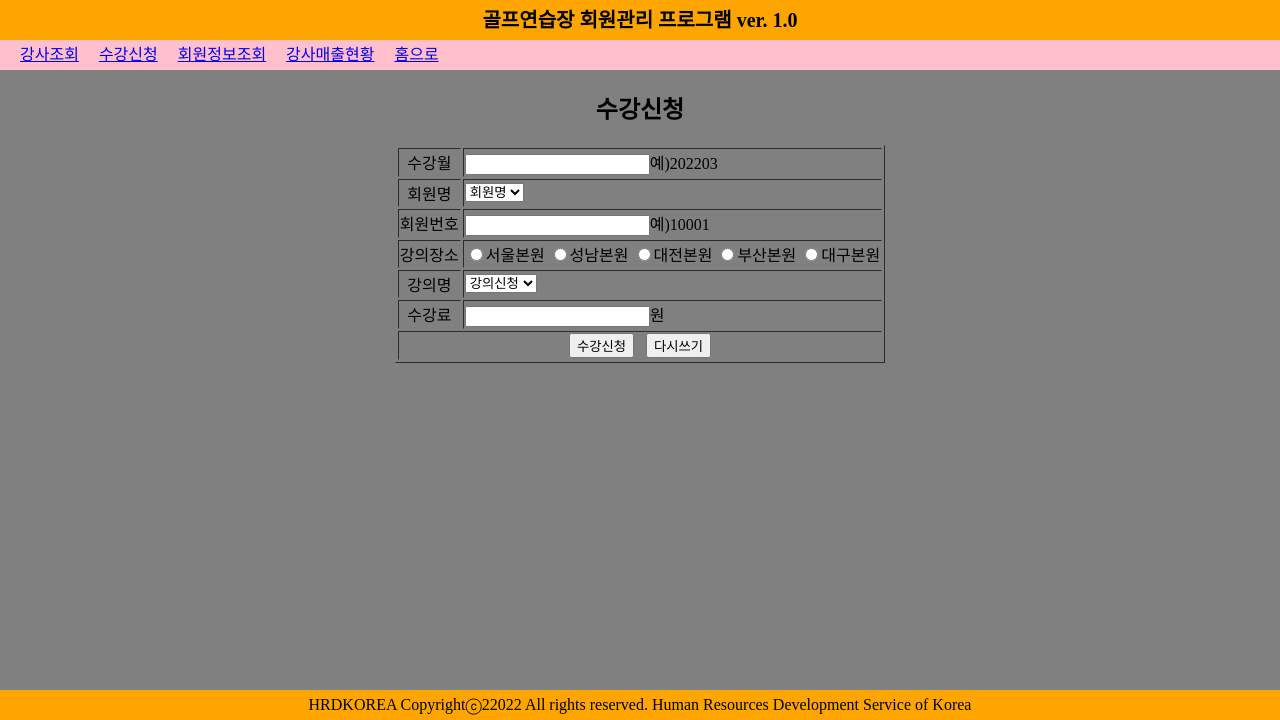
Repository: leesuyeon116/HRD_3
Page: http://localhost/HRD_0505/insert.jsp
These files come from the project's save history. The page is drawn as it stood at one moment and after the next save; the edit follows.
The browser window is 1280 px wide. The pictures show the whole page.
The page is served by Tomcat 9.

Above is the page before, as saved 2024-05-05 15:51:34.
Console error: SyntaxError: Unexpected end of input

### workspace/HRD_0505/src/main/webapp/insert.jsp
<%@ page language="java" contentType="text/html; charset=UTF-8"
    pageEncoding="UTF-8"%>
<!DOCTYPE html>
<html>
<head>
<meta charset="UTF-8">
<title>insert</title>
</head>
<body>
<script type="text/javascript" src="check.js"></script>
<jsp:include page="header.jsp"></jsp:include>
<section style="position: fixed; top: 70px; left: 0px; width: 100%; height: 100%; background-color: gray">
<h2 style="text-align: center">수강신청</h2>
	<form style="display: flex; align-items: center; justify-content: center">
		<table border="1">
			<tr>
				<td style="text-align: center">수강월</td>
				<td><input type="text" name="regist_month">예)202203</td>
			</tr>

			<tr>
				<td style="text-align: center">회원명</td>
					<td>
						<select name="c_name">
							<option value="">회원명</option>
							<option value="1">홍길동</option>
							<option value="2">장발장</option>
							<option value="3">임꺽정</option>
							<option value="4">성춘향</option>
							<option value="5">이몽룡</option>
						</select>
					</td>
			</tr>

			<tr>
				<td style="text-align: center">회원번호</td>
				<td><input type="text" name="c_no">예)10001</td>
			</tr>

			<tr>
				<td style="text-align: center">강의장소</td>
					<td>
						<input type="radio" name="class_area" value="1">서울본원
						<input type="radio" name="class_area" value="2">성남본원
					 	<input type="radio" name="class_area" value="3">대전본원
						<input type="radio" name="class_area" value="4">부산본원
						<input type="radio" name="class_area" value="5">대구본원
					</td>
			</tr>

			<tr>
				<td style="text-align: center">강의명</td>
					<td>
						<select name="class_name">
							<option value="">강의신청</option>
							<option value="1">초급반</option>
							<option value="2">중급반</option>
							<option value="3">고급반</option>
							<option value="4">심화반</option>
						</select>
					</td>
			</tr>

			<tr>
				<td style="text-align: center">수강료</td>
				<td><input type="text" name="class_price">원</td>
			</tr>

			<tr>
				<td colspan="2" style="text-align: center">
					<input type="button" value="수강신청" onclick="insert()"> &nbsp;
					<input type="button" value="다시쓰기" onclick="res()">
				</td>
			</tr>
		</table>
	</form>

</section>

<jsp:include page="footer.jsp"></jsp:include>
</body>
</html>

### workspace/HRD_0505/src/main/webapp/header.jsp
<%@ page language="java" contentType="text/html; charset=UTF-8"
    pageEncoding="UTF-8"%>
<!DOCTYPE html>
<html>
<head>
<meta charset="UTF-8">
<title>header</title>
</head>
<body>
<header style="position: fixed; top: 0px; left: 0px; width: 100%; height: 40px; line-height: 40px; background-color: orange;
	text-align: center; font-size: 20px">
<b>골프연습장 회원관리 프로그램 ver. 1.0</b>
</header>

<nav style="position: fixed; top: 40px; left: 0px; width: 100%; height: 30px; line-height: 30px; background-color: pink;
	padding-left: 20px">
	<a href="tlist.jsp">강사조회</a> &nbsp; &nbsp;
	<a href="insert.jsp">수강신청</a> &nbsp; &nbsp;
	<a href="mlist.jsp">회원정보조회</a> &nbsp; &nbsp;
	<a href="salary.jsp">강사매출현황</a> &nbsp; &nbsp;
	<a href="index.jsp">홈으로</a> &nbsp; &nbsp;
</nav>
</body>
</html>

### workspace/HRD_0505/src/main/webapp/footer.jsp
<%@ page language="java" contentType="text/html; charset=UTF-8"
    pageEncoding="UTF-8"%>
<!DOCTYPE html>
<html>
<head>
<meta charset="UTF-8">
<title>footer</title>
</head>
<body>
<footer style="position: fixed; bottom: 0px; left: 0px; width: 100%; height: 30px; line-height: 30px; background-color: orange;
	text-align: center">
	HRDKOREA Copyrightⓒ22022 All rights reserved. Human Resources Development Service of Korea
</footer>
</body>
</html>

Loaded but not shown: workspace/HRD_0505/src/main/webapp/check.js (common file)

After the next save:
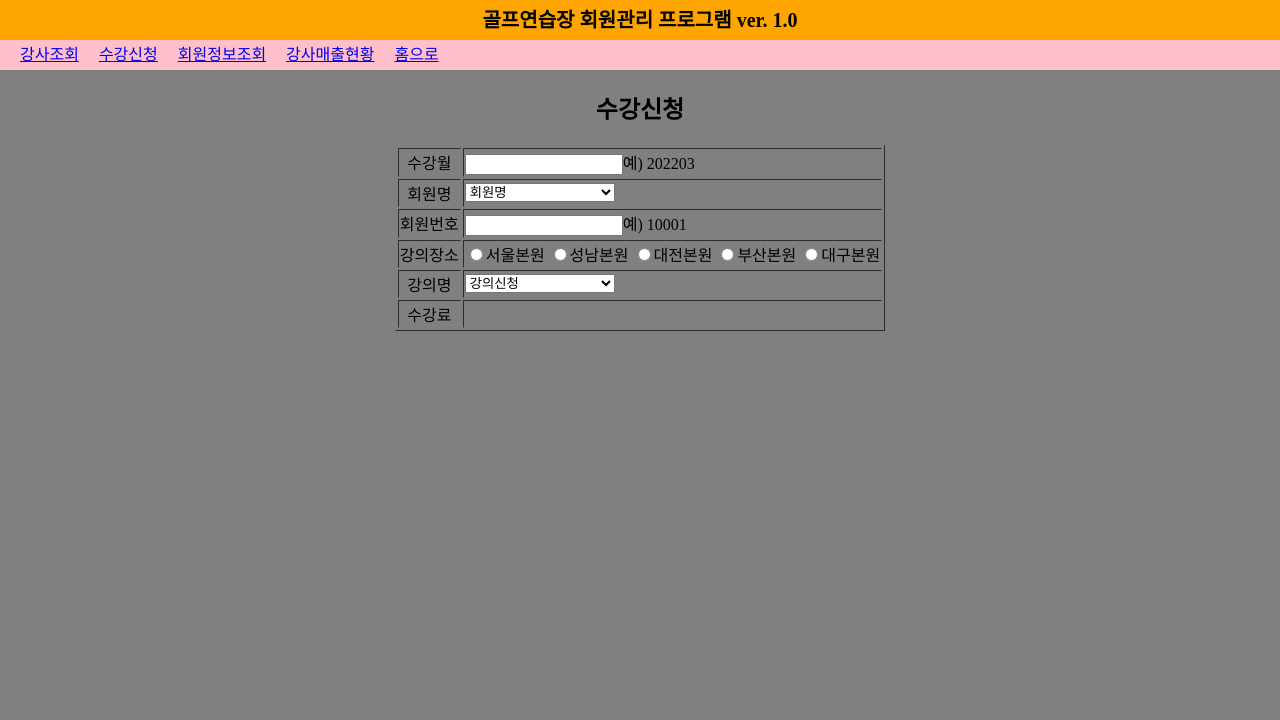
Saved 13 min 41 s later.
--- a/workspace/HRD_0505/src/main/webapp/insert.jsp
+++ b/workspace/HRD_0505/src/main/webapp/insert.jsp
@@ -15,13 +15,13 @@
 		<table border="1">
 			<tr>
 				<td style="text-align: center">수강월</td>
-				<td><input type="text" name="regist_month">예)202203</td>
+				<td><input type="text" name="regist_month" style="width: 150px">예) 202203</td>
 			</tr>
 
 			<tr>
 				<td style="text-align: center">회원명</td>
 					<td>
-						<select name="c_name">
+						<select name="c_name" style="width: 150px">
 							<option value="">회원명</option>
 							<option value="1">홍길동</option>
 							<option value="2">장발장</option>
@@ -34,7 +34,7 @@
 
 			<tr>
 				<td style="text-align: center">회원번호</td>
-				<td><input type="text" name="c_no">예)10001</td>
+				<td><input type="text" name="c_no" style="width: 150px">예) 10001</td>
 			</tr>
 
 			<tr>
@@ -51,7 +51,7 @@
 			<tr>
 				<td style="text-align: center">강의명</td>
 					<td>
-						<select name="class_name">
+						<select name="class_name" style="width: 150px">
 							<option value="">강의신청</option>
 							<option value="1">초급반</option>
 							<option value="2">중급반</option>
@@ -63,7 +63,7 @@
 
 			<tr>
 				<td style="text-align: center">수강료</td>
-				<td><input type="text" name="class_price">원</td>
+				<td><input id='tuition" name="tuition" style="width: 150px">원</td>
 			</tr>
 
 			<tr>
